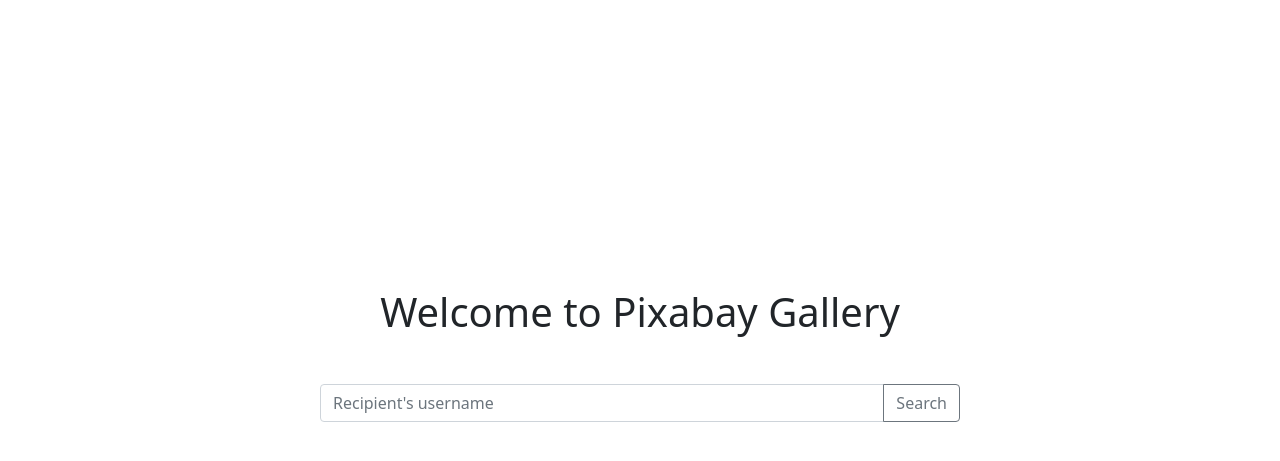
Repository: mehedi9465/PixaBay-Gallery
Page: index.html
These files come from the project's save history. The page is drawn as it stood at one moment and after a run of saves; the edit follows.
The browser window is 1280 px wide. The pictures show the whole page.

Above is the page before, as saved 2023-05-09 13:16:30.

After the next 5 saves:
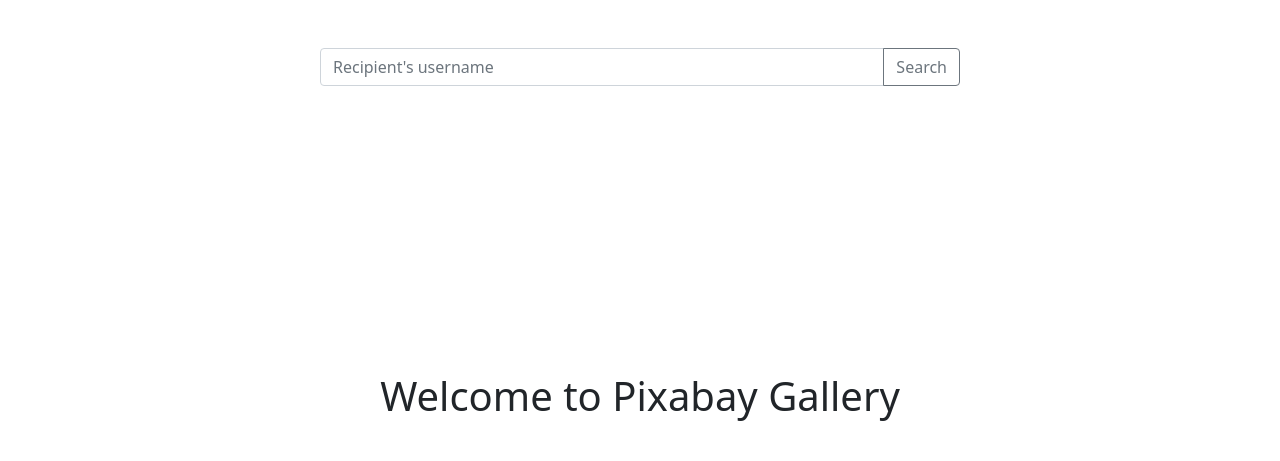
The 5 saves are shown as one change because they came seconds apart.
The last was saved 92 min 57 s later.
--- a/index.html
+++ b/index.html
@@ -25,29 +25,28 @@
   </head>
   <body>
     <main>
-      <div class="position-relative" style="height: 80vh">
-        <div
-        class="text-center fs-1 position-absolute top-50 bottom-50 start-0 end-0 m-auto"
+      <div class="position-relative" style="height: 90vh;">
+        <div class="input-group mt-5 mb-5 w-50 mx-auto overflow-hidden">
+        <input
+          type="text"
+          class="form-control"
+          placeholder="Recipient's username"
+          aria-label="Recipient's username"
+          aria-describedby="button-addon2"
+          id="InputField"
+        />
+        <button
+          class="btn btn-outline-secondary"
+          type="button"
+          id="button-addon2"
         >
-        <h1 class="text-center fs-1">Welcome to Pixabay Gallery</h1>
-          <div class="input-group mt-5 mb-5 w-50 mx-auto overflow-hidden">
-            <input
-              type="text"
-              class="form-control"
-              placeholder="Recipient's username"
-              aria-label="Recipient's username"
-              aria-describedby="button-addon2"
-              id="InputField"
-            />
-            <button
-              class="btn btn-outline-secondary"
-              type="button"
-              id="button-addon2"
-            >
-              Search
-            </button>
-          </div>
-        </div>
+          Search
+        </button>
+      </div>
+      <div class="text-center fs-1 position-absolute top-50 bottom-50 start-0 end-0 m-auto">
+
+          <h1 class="text-center fs-1 position-absolute top-50 bottom-50 start-0 end-0 m-auto">Welcome to Pixabay Gallery</h1>
+      </div>
       </div>
     </main>
 
